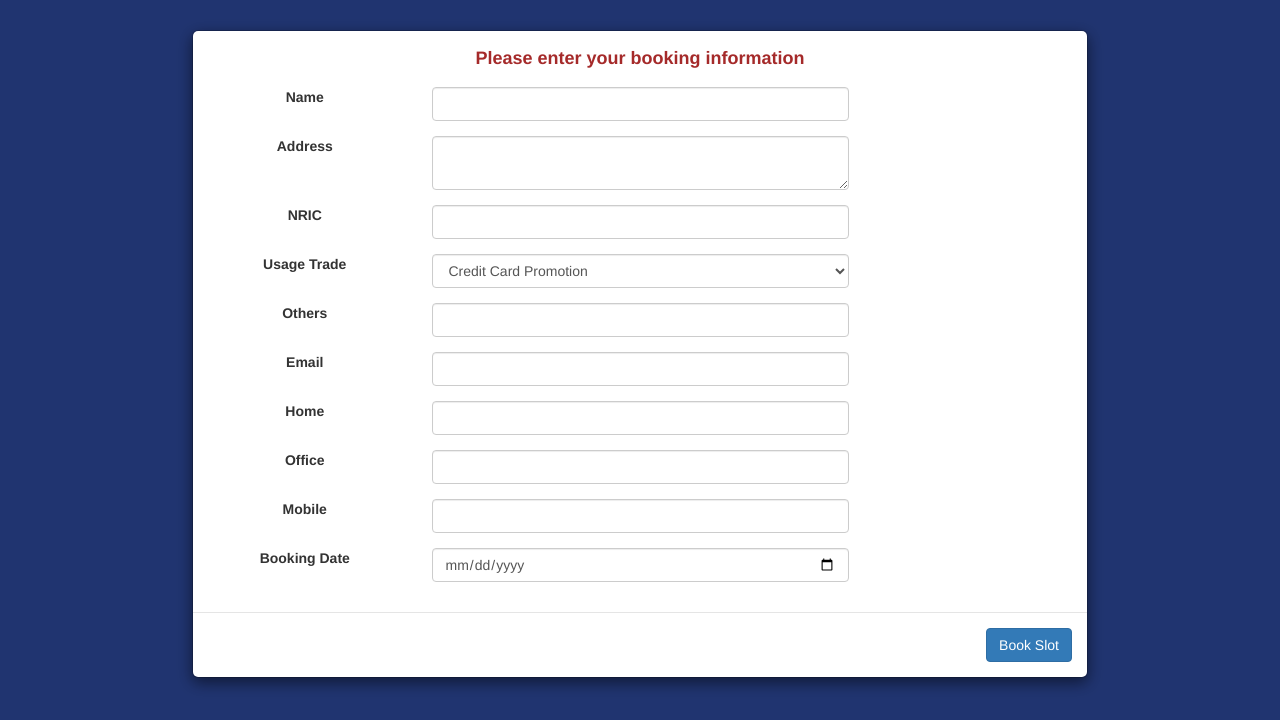
Repository: Shenba-Ps/Jsp-Servlet-B
Page: http://localhost/Test/Booking.jsp
These files come from the project's save history. The page is drawn as it stood at one moment and after the next save; the edit follows.
The browser window is 1280 px wide. The pictures show the whole page.
The page is served by Tomcat 9. Other server files are loaded and not shown.

Above is the page before, as saved 2023-06-15 11:36:54.

### Test/src/main/webapp/Booking.jsp
<!DOCTYPE HTML><%@page language="java"
	contentType="text/html; charset=ISO-8859-1" pageEncoding="ISO-8859-1"%>
<html>
<head>
<title>Booking</title>
<meta http-equiv="Content-Type" content="text/html; charset=ISO-8859-1">
<link rel="stylesheet" href="Plugins/Boostrap.css">
<link rel="stylesheet" href="Script/Common.css">
<script src="Plugins/jQuery.js"></script>
<script src="Plugins/bootstrap.js"></script>
<script src="Script/Booking.js"></script>
</head>
<body>
	<div style="height: 100vh; background-color: #4169E1;">
		<div></div>
		<!-- Modal -->
		<div class="modal fade" data-backdrop="static" id="mdlCustomerDetail"
			role="dialog">
			<div class="modal-dialog" style="width: 70%;">
				<!-- Modal content-->
				<div class="modal-content">
					<div class="modal-body">
						<div class="Title form-group" style="text-align: center;">Please
							enter your booking information</div>
						<div class="row form-group">
							<div class="col-xs-3 RightAlign">
								<label>Name</label>
							</div>
							<div class="col-xs-6">
								<input class="form-control" type="text" id="idName" name="nmName">
							</div>
						</div>
						<div class="row form-group">
							<div class="col-xs-3 RightAlign">
								<label>Address</label>
							</div>
							<div class="col-xs-6">
								<textarea class="form-control" id="idAddress" name="nmAddress"></textarea>
							</div>
						</div>
						<div class="row form-group">
							<div class="col-xs-3 RightAlign">
								<label>NRIC</label>
							</div>
							<div class="col-xs-6">
								<input class="form-control" type="text" id="idNRIC" name="nmNRIC">
							</div>
						</div>
						<div class="row form-group">
							<div class="col-xs-3 RightAlign">
								<label>Usage Trade</label>
							</div>
							<div class="col-xs-6">
								<select class="form-control" name="UsageTrade" id="idUsageTrade">
									<option value="Credit Card Promotion">Credit Card
										Promotion</option>
									<option value="F&B">F&B</option>
									<option value="Hairdressing">Hairdressing</option>
									<option value="Clothing">Clothing</option>
									<option value="Others">Others</option>
								</select>
							</div>
						</div>
						<div class="row form-group">
							<div class="col-xs-3 RightAlign">
								<label>Others</label>
							</div>
							<div class="col-xs-6">
								<input class="form-control" type="text" id="idOthers" name="nmOthers">
							</div>
						</div>
						<div class="row form-group">
							<div class="col-xs-3 RightAlign">
								<label>Email</label>
							</div>
							<div class="col-xs-6">
								<input class="form-control" type="text" id="idEmail" name="nmEmail">
							</div>
						</div>
						<div class="row form-group">
							<div class="col-xs-3 RightAlign">
								<label>Home</label>
							</div>
							<div class="col-xs-6">
								<input class="form-control" type="text" id="idHomeTel" name="nmHome">
							</div>
						</div>
						<div class="row form-group">
							<div class="col-xs-3 RightAlign">
								<label>Office</label>
							</div>
							<div class="col-xs-6">
								<input class="form-control" type="text" id="idOfficeTel" name="nmOffice">
							</div>
						</div>
						<div class="row form-group">
							<div class="col-xs-3 RightAlign">
								<label>Mobile</label>
							</div>
							<div class="col-xs-6">
								<input class="form-control" type="text" id="idMobile" name="nmMobile">
							</div>
						</div>
						<div class="row form-group">
							<div class="col-xs-3 RightAlign">
								<label>Booking Date</label>
							</div>
							<div class="col-xs-6">
								<input class="form-control" type="date" id="idBookingDate" name="nmBookingDate">
							</div>
						</div>
					</div>
					<div class="modal-footer">
						<button type="button" class="btn btn-primary">Book Slot</button>
					</div>
				</div>
			</div>
		</div>
	</div>
</body>
</html>

### Test/src/main/webapp/Script/Common.css
.Title {
	font-size: 18px;
	color: brown;
	font-weight: bold;
}

.RightAlign {
	text-align: center;
}

### Test/src/main/webapp/Script/Booking.js
$(function() {

});

document.addEventListener("DOMContentLoaded", function(){
	OpenCustomerDetail();
});

function OpenCustomerDetail() {
	$('#mdlCustomerDetail').modal('show');
}

Loaded but not shown: Test/src/main/webapp/Plugins/Boostrap.css (library); Test/src/main/webapp/Plugins/jQuery.js (library); Test/src/main/webapp/Plugins/bootstrap.js (library)

After the next save:
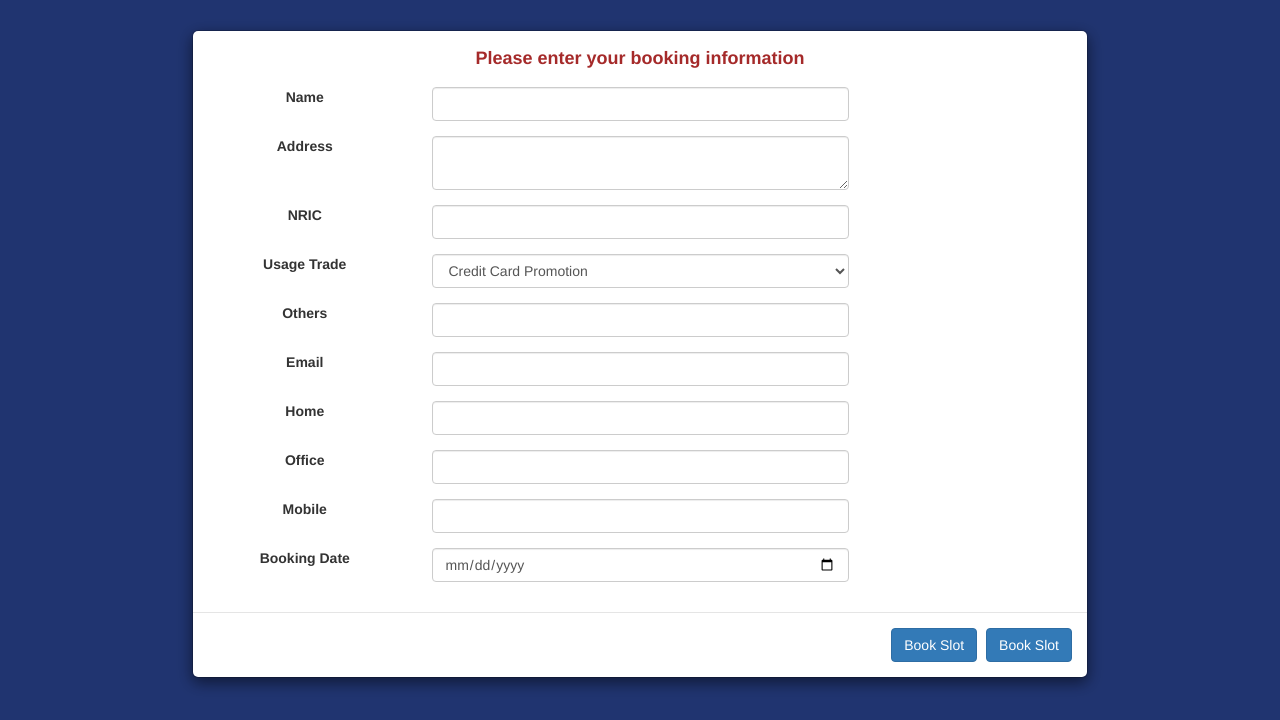
Saved 33 min 9 s later.
--- a/Test/src/main/webapp/Booking.jsp
+++ b/Test/src/main/webapp/Booking.jsp
@@ -112,6 +112,7 @@
 					</div>
 					<div class="modal-footer">
 						<button type="button" class="btn btn-primary">Book Slot</button>
+						<button type="button" class="btn btn-primary">Book Slot</button>
 					</div>
 				</div>
 			</div>
